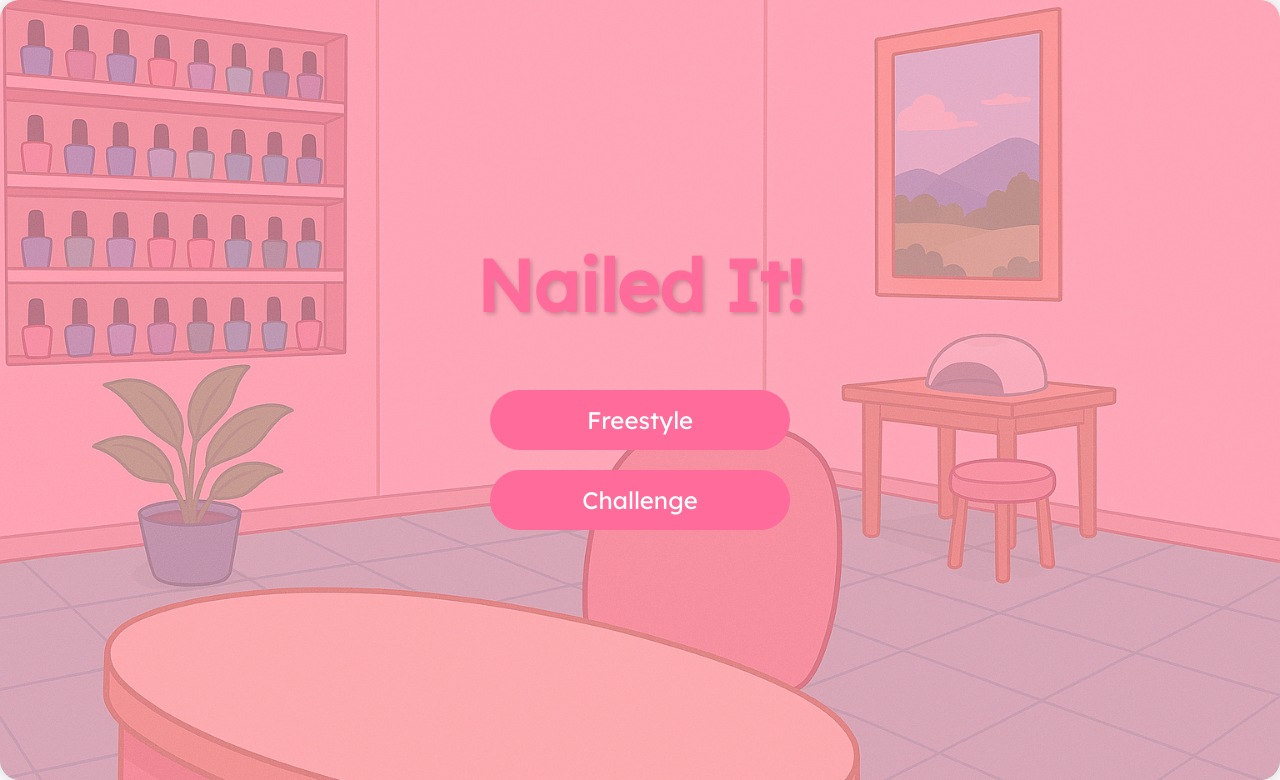
Repository: primcharlin/nailedit
Page: index.html
The author's editor kept a copy of each file at every save. The page is drawn from the files as they stood at one save, then again after the next save.
The browser window is 1280 px wide. The pictures show the whole page.

Above is the page before, as saved 2025-05-05 22:51:03.

After the next save:
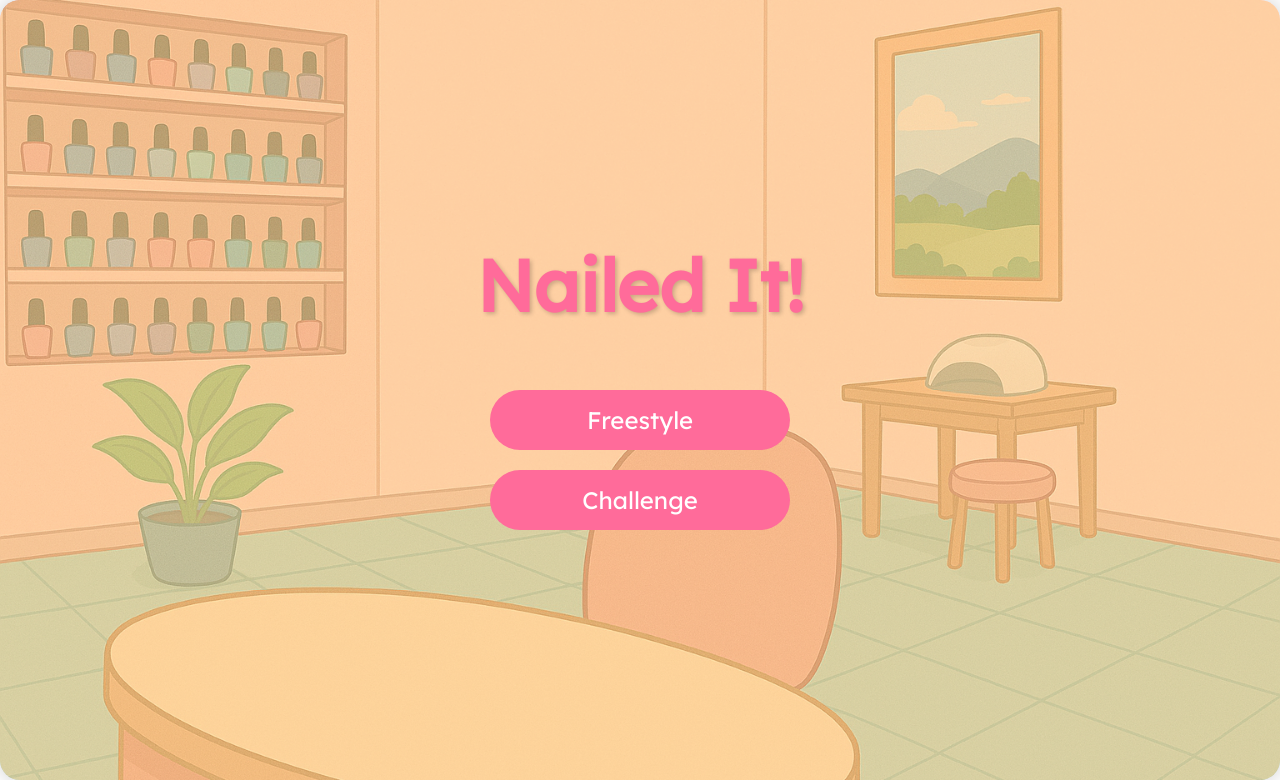
Saved 6 s later.
--- a/styles.css
+++ b/styles.css
@@ -39,7 +39,7 @@ h1 {
     flex-direction: column;
     justify-content: center;
     align-items: center;
-    background-color: rgba(255, 151, 185, 0.625);
+    background-color: rgba(255, 217, 151, 0.625);
     z-index: 100;
 }
 
